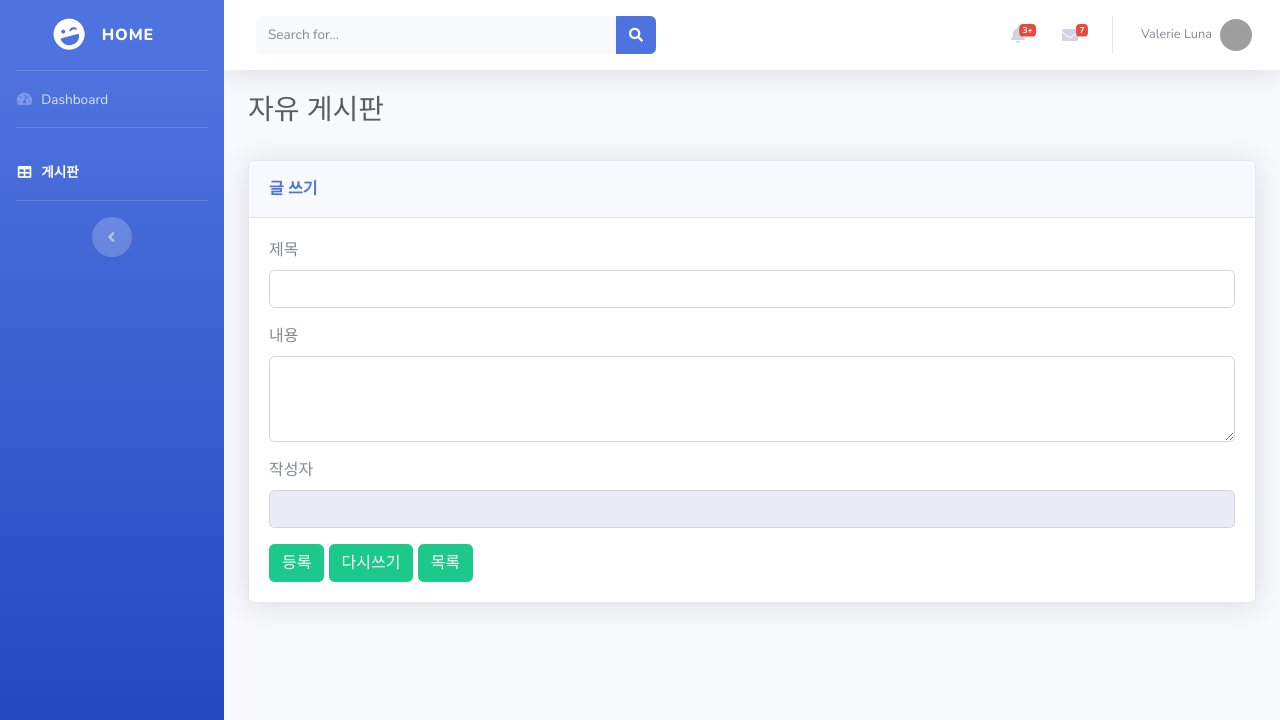
Repository: superThisMe/spring-basic
Page: http://localhost/06.spring-board-a/WEB-INF/views/board/update.jsp
An editor plug-in stored every save of this project. The page is shown before and after the next save, followed by the edit.
The browser window is 1280 px wide. The pictures show the whole page.
Pictures or frames that could not be fetched are drawn as grey boxes. The page is served by Tomcat 9. Nobody is signed in. Other server files are loaded and not shown. The template is opened directly, without the code that normally fills it, so the values that code supplies are empty.

Above is the page before, as saved 2019-12-27 02:18:52.
Console error: TypeError: Cannot read properties of null (reading 'length')

### 06.spring-board-a/src/main/webapp/WEB-INF/views/board/update.jsp
<%@ page pageEncoding="utf-8" contentType="text/html; charset=utf-8" %>

<!DOCTYPE html>
<html lang="ko">

<head>

  <meta charset="utf-8">
  <meta http-equiv="X-UA-Compatible" content="IE=edge">
  <meta name="viewport" content="width=device-width, initial-scale=1, shrink-to-fit=no">
  <meta name="description" content="">
  <meta name="author" content="">

  <title>SB Admin 2 - Dashboard</title>

  <!-- Custom fonts for this template-->
  <link href="/spring-board-a/resources/vendor/fontawesome-free/css/all.min.css" rel="stylesheet" type="text/css">
  <link href="https://fonts.googleapis.com/css?family=Nunito:200,200i,300,300i,400,400i,600,600i,700,700i,800,800i,900,900i" rel="stylesheet">

  <!-- Custom styles for this template-->
  <link href="/spring-board-a/resources/css/sb-admin-2.min.css" rel="stylesheet">

</head>

<body id="page-top">

  <!-- Page Wrapper -->
  <div id="wrapper">

    <jsp:include page="/WEB-INF/views/modules/sidebar.jsp" />

    <!-- Content Wrapper -->
    <div id="content-wrapper" class="d-flex flex-column">

      <!-- Main Content -->
      <div id="content">

        <jsp:include page="/WEB-INF/views/modules/topbar.jsp" />

        <!-- Begin Page Content -->
        <div class="container-fluid">

          <!-- Page Heading -->
          <h1 class="h3 mb-2 text-gray-800">자유 게시판</h1>
          <br>

          <div class="card shadow mb-4">
            <div class="card-header py-3">
              <span class="m-0 font-weight-bold text-primary">글 쓰기</span>
            </div>
            <div class="card-body">
               <form id="write-form" role="form" action="write.action" method="post">
		          <div class="form-group">
		            <label>제목</label>
		            <input class="form-control" id='title' name='title' value="${ board.title }">
		          </div>

		          <div class="form-group">
		            <label>내용</label>
		            <textarea class="form-control" rows="3" id='content' name='content'>${ board.content }</textarea>
		          </div>

		          <div class="form-group">
		            <label>작성자</label>
		            <input class="form-control" id='writer' name='writer' value="${ board.writer }">
		          </div>

		          <button id="write-button" type="button" class="btn btn-success">등록</button>
		          <button type="reset" class="btn btn-success">다시쓰기</button>
		          <button id="tolist-button" type="button" class="btn btn-success">목록</button>
		        </form>
            </div>
          </div>

        </div>
        <!-- /.container-fluid -->
      </div>
      <!-- End of Main Content -->
    </div>
    <!-- End of Content Wrapper -->
  </div>
  <!-- End of Page Wrapper -->

  <%@include file="/WEB-INF/views/modules/common-js.jsp" %>

  <script type="text/javascript">
	$(function() {
		$('#writer').attr({
			'readonly' : 'readonly'
		});

		$('#tolist-button').on('click', function(event) {
			location.href = "list.action";
		});

		$('#write-button').on('click', function(event) {
			//1. 유효성 검사
			if ($('#title').val() == '') {
				alert('제목을 입력하세요');
				$('#title').focus();
				return;
			}
			if ($('#writer').val() == '') {
				alert('작성자를 입력하세요');
				$('#writer').focus();
				return;
			}

			//2. 오류가 없다면 서버로 전송
			$('#write-form').submit();
		});
	});
  </script>

</body>

</html>

### 06.spring-board-a/src/main/webapp/WEB-INF/views/modules/common-js.jsp
<%@ page language="java"
		 contentType="text/html; charset=utf-8"
    	 pageEncoding="utf-8" %>

  <!-- Bootstrap core JavaScript-->
  <script src="/spring-board-a/resources/vendor/jquery/jquery.min.js"></script>
  <script src="/spring-board-a/resources/vendor/bootstrap/js/bootstrap.bundle.min.js"></script>

  <!-- Core plugin JavaScript-->
  <script src="/spring-board-a/resources/vendor/jquery-easing/jquery.easing.min.js"></script>

  <!-- Custom scripts for all pages-->
  <script src="/spring-board-a/resources/js/sb-admin-2.min.js"></script>

  <script src="/spring-board-a/resources/js/sidebar.js"></script>

  <!-- Page level plugins -->
  <script src="/spring-board-a/resources/vendor/chart.js/Chart.min.js"></script>

  <!-- Page level custom scripts -->
  <script src="/spring-board-a/resources/js/demo/chart-area-demo.js"></script>
  <script src="/spring-board-a/resources/js/demo/chart-pie-demo.js"></script>

### 06.spring-board-a/src/main/webapp/WEB-INF/views/modules/sidebar.jsp
<%@ page language="java"
		 contentType="text/html; charset=utf-8"
    	 pageEncoding="utf-8" %>

    <!-- Sidebar -->
    <ul class="navbar-nav bg-gradient-primary sidebar sidebar-dark accordion" id="accordionSidebar">

      <!-- Sidebar - Brand -->
      <a class="sidebar-brand d-flex align-items-center justify-content-center"
      	 href="/spring-board-a/">
        <div class="sidebar-brand-icon rotate-n-15">
          <i class="fas fa-laugh-wink"></i>
        </div>
        <div class="sidebar-brand-text mx-3">HOME</div>
      </a>

      <!-- Divider -->
      <hr class="sidebar-divider my-0">

      <!-- Nav Item - Dashboard -->
      <li id="dashboard-li" class="nav-item active">
        <a class="nav-link" href="#">
          <i class="fas fa-fw fa-tachometer-alt"></i>
          <span>Dashboard</span></a>
      </li>

      <!-- Divider -->
      <hr class="sidebar-divider">

      <!-- Nav Item - Charts -->
      <li id="board-li" class="nav-item">
        <a class="nav-link" href="/spring-board-a/board/list.action">
          <i class="fas fa-fw fa-table"></i>
          <span>게시판</span></a>
      </li>

      <!-- Divider -->
      <hr class="sidebar-divider d-none d-md-block">

      <!-- Sidebar Toggler (Sidebar) -->
      <div class="text-center d-none d-md-inline">
        <button class="rounded-circle border-0" id="sidebarToggle"></button>
      </div>

    </ul>
    <!-- End of Sidebar -->

### 06.spring-board-a/src/main/webapp/WEB-INF/views/modules/topbar.jsp
<%@ page language="java"
		 contentType="text/html; charset=utf-8"
    	 pageEncoding="utf-8" %>

		<!-- Topbar -->
        <nav class="navbar navbar-expand navbar-light bg-white topbar mb-4 static-top shadow">

          <!-- Sidebar Toggle (Topbar) -->
          <button id="sidebarToggleTop" class="btn btn-link d-md-none rounded-circle mr-3">
            <i class="fa fa-bars"></i>
          </button>

          <!-- Topbar Search -->
          <form class="d-none d-sm-inline-block form-inline mr-auto ml-md-3 my-2 my-md-0 mw-100 navbar-search">
            <div class="input-group">
              <input type="text" class="form-control bg-light border-0 small" placeholder="Search for..." aria-label="Search" aria-describedby="basic-addon2">
              <div class="input-group-append">
                <button class="btn btn-primary" type="button">
                  <i class="fas fa-search fa-sm"></i>
                </button>
              </div>
            </div>
          </form>

          <!-- Topbar Navbar -->
          <ul class="navbar-nav ml-auto">

            <!-- Nav Item - Search Dropdown (Visible Only XS) -->
            <li class="nav-item dropdown no-arrow d-sm-none">
              <a class="nav-link dropdown-toggle" href="#" id="searchDropdown" role="button" data-toggle="dropdown" aria-haspopup="true" aria-expanded="false">
                <i class="fas fa-search fa-fw"></i>
              </a>
              <!-- Dropdown - Messages -->
              <div class="dropdown-menu dropdown-menu-right p-3 shadow animated--grow-in" aria-labelledby="searchDropdown">
                <form class="form-inline mr-auto w-100 navbar-search">
                  <div class="input-group">
                    <input type="text" class="form-control bg-light border-0 small" placeholder="Search for..." aria-label="Search" aria-describedby="basic-addon2">
                    <div class="input-group-append">
                      <button class="btn btn-primary" type="button">
                        <i class="fas fa-search fa-sm"></i>
                      </button>
                    </div>
                  </div>
                </form>
              </div>
            </li>

            <!-- Nav Item - Alerts -->
            <li class="nav-item dropdown no-arrow mx-1">
              <a class="nav-link dropdown-toggle" href="#" id="alertsDropdown" role="button" data-toggle="dropdown" aria-haspopup="true" aria-expanded="false">
                <i class="fas fa-bell fa-fw"></i>
                <!-- Counter - Alerts -->
                <span class="badge badge-danger badge-counter">3+</span>
              </a>
              <!-- Dropdown - Alerts -->
              <div class="dropdown-list dropdown-menu dropdown-menu-right shadow animated--grow-in" aria-labelledby="alertsDropdown">
                <h6 class="dropdown-header">
                  Alerts Center
                </h6>
                <a class="dropdown-item d-flex align-items-center" href="#">
                  <div class="mr-3">
                    <div class="icon-circle bg-primary">
                      <i class="fas fa-file-alt text-white"></i>
                    </div>
                  </div>
                  <div>
                    <div class="small text-gray-500">December 12, 2019</div>
                    <span class="font-weight-bold">A new monthly report is ready to download!</span>
                  </div>
                </a>
                <a class="dropdown-item d-flex align-items-center" href="#">
                  <div class="mr-3">
                    <div class="icon-circle bg-success">
                      <i class="fas fa-donate text-white"></i>
                    </div>
                  </div>
                  <div>
                    <div class="small text-gray-500">December 7, 2019</div>
                    $290.29 has been deposited into your account!
                  </div>
                </a>
                <a class="dropdown-item d-flex align-items-center" href="#">
                  <div class="mr-3">
                    <div class="icon-circle bg-warning">
                      <i class="fas fa-exclamation-triangle text-white"></i>
                    </div>
                  </div>
                  <div>
                    <div class="small text-gray-500">December 2, 2019</div>
                    Spending Alert: We've noticed unusually high spending for your account.
                  </div>
                </a>
                <a class="dropdown-item text-center small text-gray-500" href="#">Show All Alerts</a>
              </div>
            </li>

            <!-- Nav Item - Messages -->
            <li class="nav-item dropdown no-arrow mx-1">
              <a class="nav-link dropdown-toggle" href="#" id="messagesDropdown" role="button" data-toggle="dropdown" aria-haspopup="true" aria-expanded="false">
                <i class="fas fa-envelope fa-fw"></i>
                <!-- Counter - Messages -->
                <span class="badge badge-danger badge-counter">7</span>
              </a>
              <!-- Dropdown - Messages -->
              <div class="dropdown-list dropdown-menu dropdown-menu-right shadow animated--grow-in" aria-labelledby="messagesDropdown">
                <h6 class="dropdown-header">
                  Message Center
                </h6>
                <a class="dropdown-item d-flex align-items-center" href="#">
                  <div class="dropdown-list-image mr-3">
                    <img class="rounded-circle" src="https://source.unsplash.com/fn_BT9fwg_E/60x60" alt="">
                    <div class="status-indicator bg-success"></div>
                  </div>
                  <div class="font-weight-bold">
                    <div class="text-truncate">Hi there! I am wondering if you can help me with a problem I've been having.</div>
                    <div class="small text-gray-500">Emily Fowler · 58m</div>
                  </div>
                </a>
                <a class="dropdown-item d-flex align-items-center" href="#">
                  <div class="dropdown-list-image mr-3">
                    <img class="rounded-circle" src="https://source.unsplash.com/AU4VPcFN4LE/60x60" alt="">
                    <div class="status-indicator"></div>
                  </div>
                  <div>
                    <div class="text-truncate">I have the photos that you ordered last month, how would you like them sent to you?</div>
                    <div class="small text-gray-500">Jae Chun · 1d</div>
                  </div>
                </a>
                <a class="dropdown-item d-flex align-items-center" href="#">
                  <div class="dropdown-list-image mr-3">
                    <img class="rounded-circle" src="https://source.unsplash.com/CS2uCrpNzJY/60x60" alt="">
                    <div class="status-indicator bg-warning"></div>
                  </div>
                  <div>
                    <div class="text-truncate">Last month's report looks great, I am very happy with the progress so far, keep up the good work!</div>
                    <div class="small text-gray-500">Morgan Alvarez · 2d</div>
                  </div>
                </a>
                <a class="dropdown-item d-flex align-items-center" href="#">
                  <div class="dropdown-list-image mr-3">
                    <img class="rounded-circle" src="https://source.unsplash.com/Mv9hjnEUHR4/60x60" alt="">
                    <div class="status-indicator bg-success"></div>
                  </div>
                  <div>
                    <div class="text-truncate">Am I a good boy? The reason I ask is because someone told me that people say this to all dogs, even if they aren't good...</div>
                    <div class="small text-gray-500">Chicken the Dog · 2w</div>
                  </div>
                </a>
                <a class="dropdown-item text-center small text-gray-500" href="#">Read More Messages</a>
              </div>
            </li>

            <div class="topbar-divider d-none d-sm-block"></div>

            <!-- Nav Item - User Information -->
            <li class="nav-item dropdown no-arrow">
              <a class="nav-link dropdown-toggle" href="#" id="userDropdown" role="button" data-toggle="dropdown" aria-haspopup="true" aria-expanded="false">
                <span class="mr-2 d-none d-lg-inline text-gray-600 small">Valerie Luna</span>
                <img class="img-profile rounded-circle" src="https://source.unsplash.com/QAB-WJcbgJk/60x60">
              </a>
              <!-- Dropdown - User Information -->
              <div class="dropdown-menu dropdown-menu-right shadow animated--grow-in" aria-labelledby="userDropdown">
                <a class="dropdown-item" href="#">
                  <i class="fas fa-user fa-sm fa-fw mr-2 text-gray-400"></i>
                  Profile
                </a>
                <a class="dropdown-item" href="#">
                  <i class="fas fa-cogs fa-sm fa-fw mr-2 text-gray-400"></i>
                  Settings
                </a>
                <a class="dropdown-item" href="#">
                  <i class="fas fa-list fa-sm fa-fw mr-2 text-gray-400"></i>
                  Activity Log
                </a>
                <div class="dropdown-divider"></div>
                <a class="dropdown-item" href="#" data-toggle="modal" data-target="#logoutModal">
                  <i class="fas fa-sign-out-alt fa-sm fa-fw mr-2 text-gray-400"></i>
                  Logout
                </a>
              </div>
            </li>

          </ul>

        </nav>
        <!-- End of Topbar -->

### 06.spring-board-a/src/main/webapp/resources/js/sidebar.js
$(function() {

	$('li').removeClass('active');

	var url = document.URL;
	if (url.indexOf('/board/') >= 0) {
		$('#board-li').addClass('active');
	}

});

Loaded but not shown: 06.spring-board-a/src/main/webapp/resources/css/sb-admin-2.min.css (library); 06.spring-board-a/src/main/webapp/resources/js/sb-admin-2.min.js (common file); 06.spring-board-a/src/main/webapp/resources/js/demo/chart-area-demo.js (common file); 06.spring-board-a/src/main/webapp/resources/js/demo/chart-pie-demo.js (common file)

After the next save:
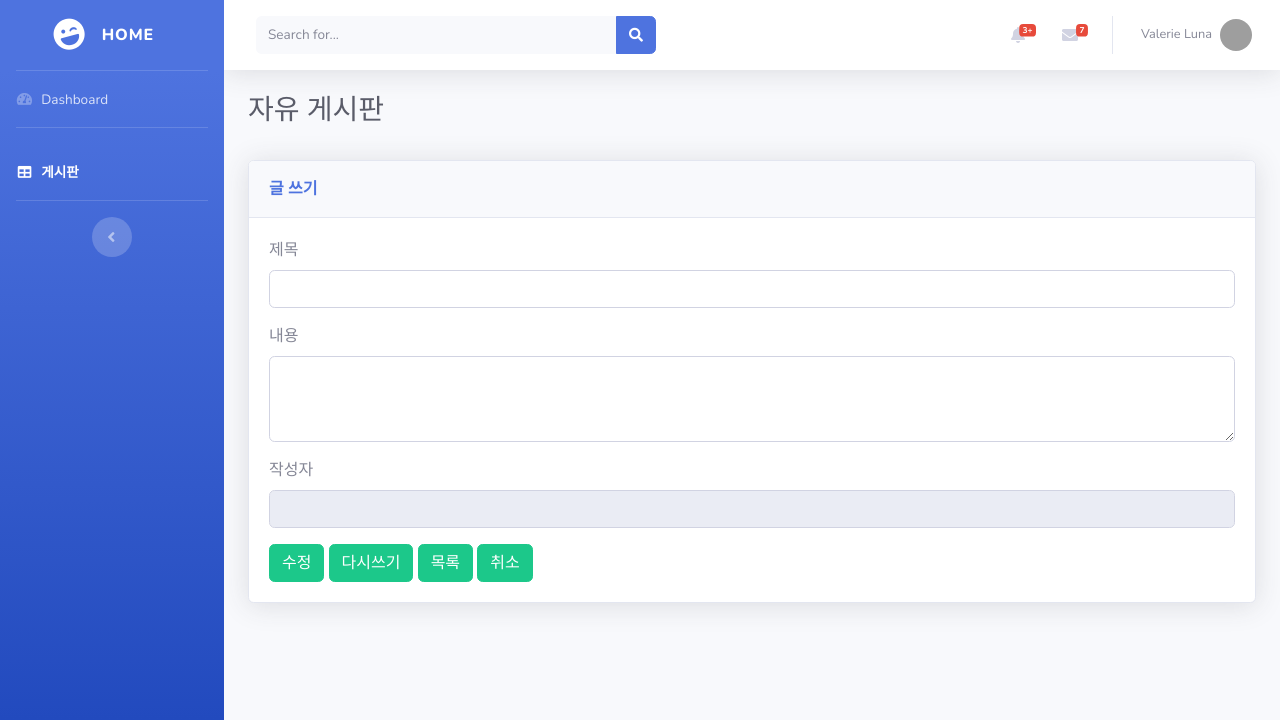
Saved 91 s later.
--- a/06.spring-board-a/src/main/webapp/WEB-INF/views/board/update.jsp
+++ b/06.spring-board-a/src/main/webapp/WEB-INF/views/board/update.jsp
@@ -65,9 +65,10 @@
 		            <input class="form-control" id='writer' name='writer' value="${ board.writer }">
 		          </div>
 
-		          <button id="write-button" type="button" class="btn btn-success">등록</button>
+		          <button id="update-button" type="button" class="btn btn-success">수정</button>
 		          <button type="reset" class="btn btn-success">다시쓰기</button>
 		          <button id="tolist-button" type="button" class="btn btn-success">목록</button>
+		          <button id="cancel-button" type="button" class="btn btn-success">취소</button>
 		        </form>
             </div>
           </div>
@@ -93,7 +94,7 @@
 			location.href = "list.action";
 		});
 
-		$('#write-button').on('click', function(event) {
+		$('#update-button').on('click', function(event) {
 			//1. 유효성 검사
 			if ($('#title').val() == '') {
 				alert('제목을 입력하세요');
